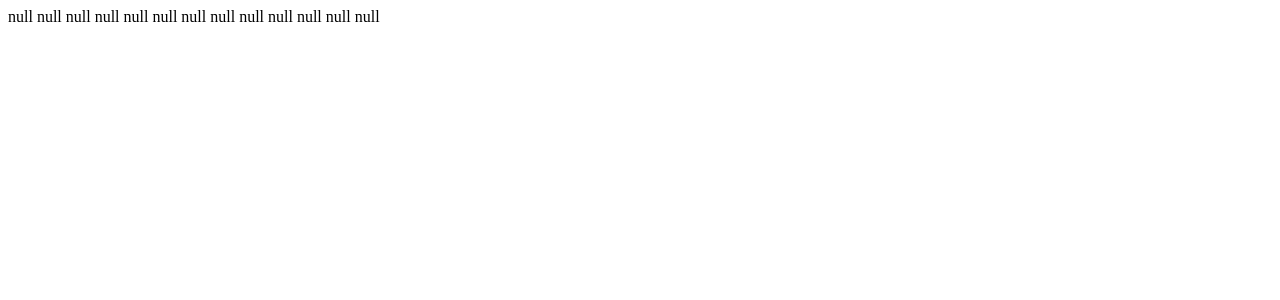
Repository: Rccalfa123/JEE
Page: http://localhost/MyFirstServlet/MyServlet
An editor plug-in stored every save of this project. The page is shown before and after the next save, followed by the edit.
The browser window is 1280 px wide. The pictures show the whole page.
The page is served by Tomcat 9.

Above is the page before, as saved 2018-08-07 11:55:46.

After the next save:
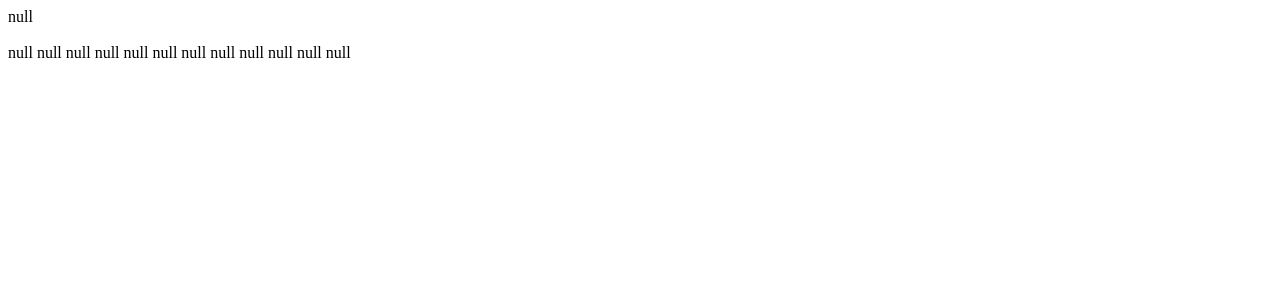
Saved 3 min 9 s later.
--- a/MyFirstServlet/WebContent/ResumeService.jsp
+++ b/MyFirstServlet/WebContent/ResumeService.jsp
@@ -12,7 +12,7 @@
    Resume resume = (Resume)request.getAttribute("ResumeRequest");
  %>
 
-<%=resume.getFirstName()%>
+<%=resume.getFirstName()%><br><br>
 <%=resume.getLastName()%>
 <%=resume.getGender()%>
 <%=resume.getHighestQualification()%>
